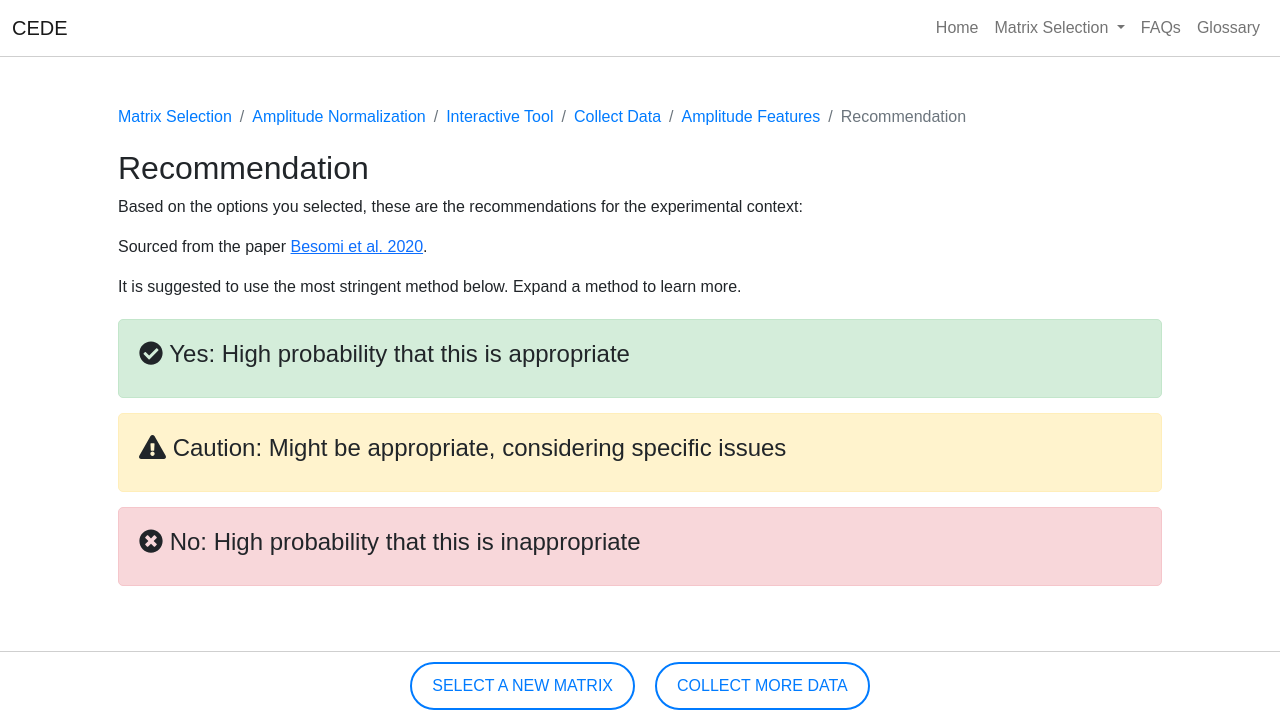
Repository: devashrisamani/CEDE-Website
Page: website/recommendation.html
An editor plug-in stored every save of this project. The page is shown before and after the next save, followed by the edit.
The browser window is 1280 px wide. The pictures show the whole page.
Some web libraries are served in a nearby version.

Above is the page before, as saved 2024-09-06 15:58:56.
Console error: SyntaxError: Unexpected token '<'

After the next save:
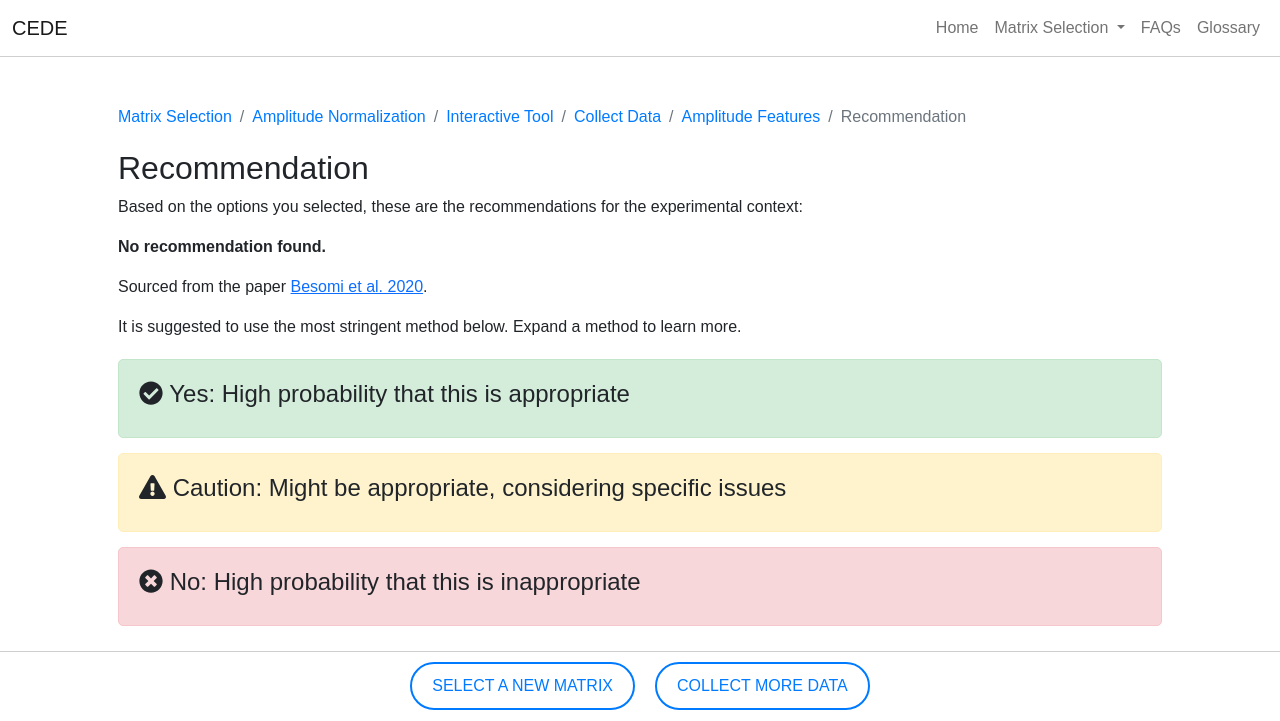
The error is gone.
Saved 33 s later.
--- a/website/recommendation.html
+++ b/website/recommendation.html
@@ -8,6 +8,7 @@
       href="https://cdn.jsdelivr.net/npm/bootstrap@5.1.3/dist/css/bootstrap.min.css"
       rel="stylesheet"
     />
+    <link rel="stylesheet" href="styles.css" />
     <style>
       body {
         font-family: Arial, sans-serif;
@@ -425,34 +426,36 @@
         function updateMethods(methods, elementId) {
           const element = document.getElementById(elementId);
           element.innerHTML = methods
-            .map((method, index) => (
-              <div class="accordion-item">
-                <h2 class="accordion-header" id="${elementId}Heading${index}">
-                  <button
-                    class="accordion-button collapsed"
-                    type="button"
-                    data-bs-toggle="collapse"
-                    data-bs-target="#${elementId}Collapse${index}"
-                    aria-expanded="false"
-                    aria-controls="${elementId}Collapse${index}"
-                  >
-                    ${method.title}
-                  </button>
-                </h2>
-                <div
-                  id="${elementId}Collapse${index}"
-                  class="accordion-collapse collapse"
-                  aria-labelledby="${elementId}Heading${index}"
-                  data-bs-parent="#${elementId}"
-                >
-                  <div class="accordion-body">
-                    <ul>
-                      <li>${method.content}</li>
-                    </ul>
-                  </div>
-                </div>
-              </div>
-            ))
+            .map(
+              (method, index) => `
+        <div class="accordion-item">
+          <h2 class="accordion-header" id="${elementId}Heading${index}">
+            <button
+              class="accordion-button collapsed"
+              type="button"
+              data-bs-toggle="collapse"
+              data-bs-target="#${elementId}Collapse${index}"
+              aria-expanded="false"
+              aria-controls="${elementId}Collapse${index}"
+            >
+              ${method.title}
+            </button>
+          </h2>
+          <div
+            id="${elementId}Collapse${index}"
+            class="accordion-collapse collapse"
+            aria-labelledby="${elementId}Heading${index}"
+            data-bs-parent="#${elementId}"
+          >
+            <div class="accordion-body">
+              <ul>
+                <li>${method.content}</li>
+              </ul>
+            </div>
+          </div>
+        </div>
+      `
+            )
             .join("");
         }
 
